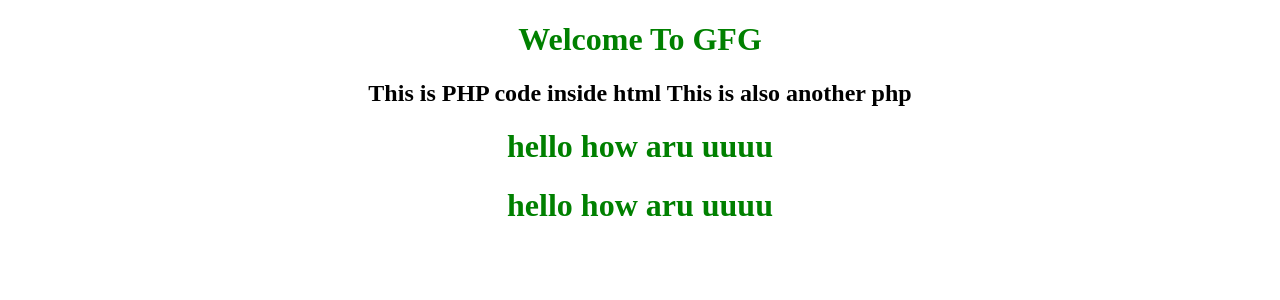
Repository: aashlinrajan/PHPprojectGH
Page: http://localhost/example1.php
An editor plug-in stored every save of this project. The page is shown before and after the next save, followed by the edit.
The browser window is 1280 px wide. The pictures show the whole page.
The page is run by PHP 8.4 with error messages shown; the project is at /var/www/html/.

Above is the page before, as saved 2022-12-14 11:06:40.

After the next save:
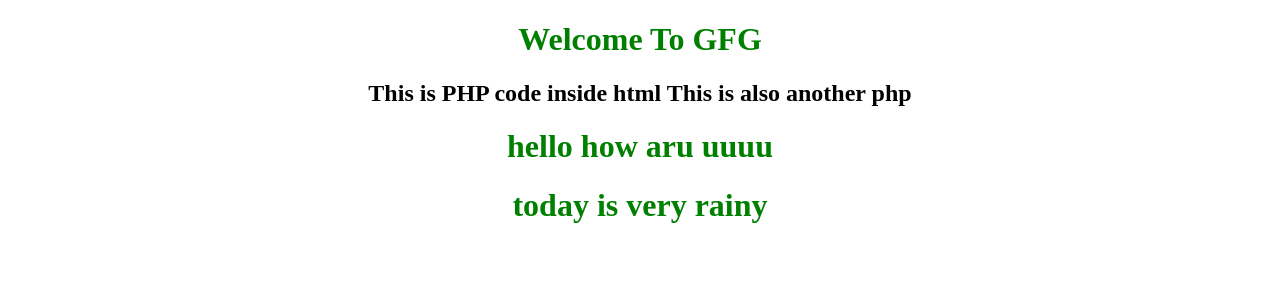
Saved 13 s later.
--- a/example1.php
+++ b/example1.php
@@ -18,7 +18,7 @@
             echo "This is PHP code inside html";
             echo " This is also another php";
             echo "<h1> hello how aru uuuu<h1>";
-            echo "<h1> hello how aru uuuu<h1>";
+            echo "<h1> today is very rainy<h1>";
             ?>
         </h2>
     </center>
